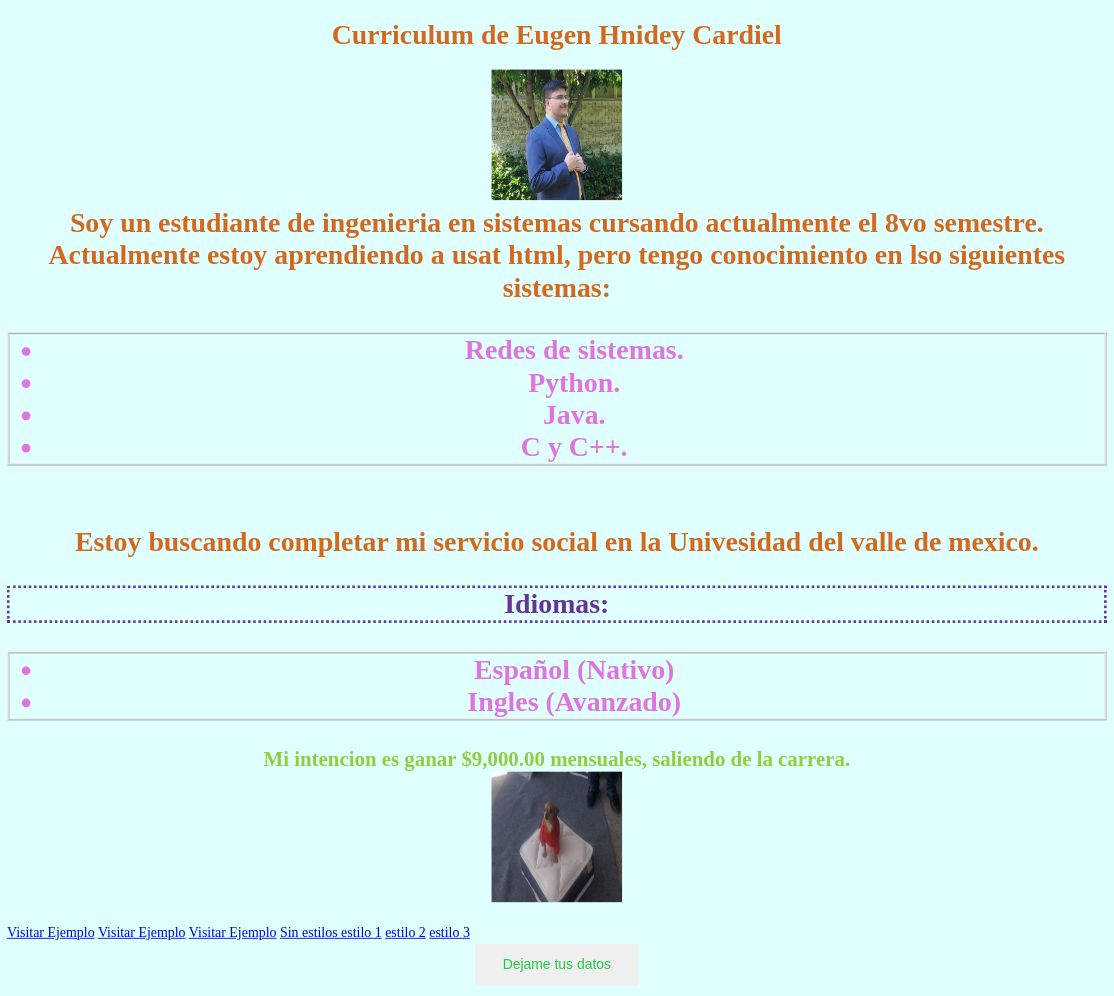
Repository: UVMCoyoacan/VEFY
Page: indexEugen.html
The author's editor kept a copy of each file at every save. The page is drawn from the files as they stood at one save, then again after the next save.
The browser window is 1280 px wide. The pictures show the whole page, at 87% of full size.

Above is the page before, as saved 2024-03-01 11:03:06.
Not found: xEugen.j

### indexEugen.html
<!DOCTYPE html>
<html>
    <head>
        <title> Curriculum Eugen Hnidey Cardiel </title>
        <link rel="stylesheet" href="estilo2.css"/>
        <meta charset="utf-8" />

    </head>
    <body>
        <h1 onclick="fondo()">
            Curriculum de Eugen Hnidey Cardiel
        </h1>
        <h1>
            <div><img src = "fotoEugen.png" alt = "fotoEugen" width = "150" height = "150"></div>
            Soy un estudiante de ingenieria en sistemas cursando actualmente el 8vo semestre.
            <br>
            Actualmente estoy aprendiendo a usat html, pero tengo conocimiento en lso siguientes sistemas:
            <br>
            <ul class="verde">
                <li>Redes de sistemas.</li>
                <li>Python.</li>
                <li>Java.</li>
                <li>C y C++.</li>
            </ul>
            <br>
            Estoy buscando completar mi servicio social en la Univesidad del valle de mexico.
            <p>
            Idiomas:
            </p>
            <ul>
                <li>Español (Nativo)</li>
                <li>Ingles (Avanzado)</li>
            </ul>
        </h1>
        <h2>
            <div id = "raro">Mi intencion es ganar $9,000.00 mensuales, saliendo de la carrera.</div>
            <div><img src = "perritoBonitoEugen.png" alt = "PerritoBonito" width = "150" height = "150"></div>
        </h2>
            <a href="file:///C:/Users/Fernando/Dropbox/PC/Documents/GitHub/VEFY/Pagina%20web%20presentacion%20Eugen/indexEugen.html">Visitar Ejemplo</a>
            <a href="file:///D:/Eugen/uvm/8%20semestre/Contruccion%20de%20servicios%20web/Pagina%20web%20presentacion/index.html">Visitar Ejemplo</a>
            <a href="file:///D:/Eugen/uvm/8%20semestre/Contruccion%20de%20servicios%20web/Pagina%20web%20presentacion/index.html">Visitar Ejemplo</a>
            <a onclick="noEstilos()" href="#" >Sin estilos </a>
            <a onclick="activarEstilos(0)" href="#">estilo 1</a>
            <a onclick="activarEstilos(1)" href="#">estilo 2</a>
            <a onclick="activarEstilos(2)" href="#">estilo 3 </a>
        <script src="xEugen.j">  </script>

            <div>
                <button>Dejame tus datos  </button>

               </div>
    </body>
</html>

### estilo2.css
h1{
    color: chocolate;
    text-align: center;
    border-style: mix;
}
p{
    text-align: center;
    color:rebeccapurple;
    border-style: dotted;
}

ol{
    text-align: center;
    color:rgb(0, 0, 0);
    border-style: groove;

}

ul{
    text-align: center;
    color: rgb(223, 115, 225);
    border-style: ridge;
}

h2{
    color: rgb(149, 204, 62) ;
    text-align: center;
    border-style: mix;
}

a{
    text-align: center;
}

body{
    background-color: rgb(224, 255, 255);
}

footer{
    color:beige;
    background-color: blueviolet;
}
button {
    border: none;
    color: rgb(32, 202, 69);
    padding: 15px 32px;
    text-align: center;
    text-decoration: none;
    display: inline-block;
    font-size: 16px;
    margin: 4px 2px;
    cursor: pointer;
  }
  div{
    text-align: center;
  }

After the next save:
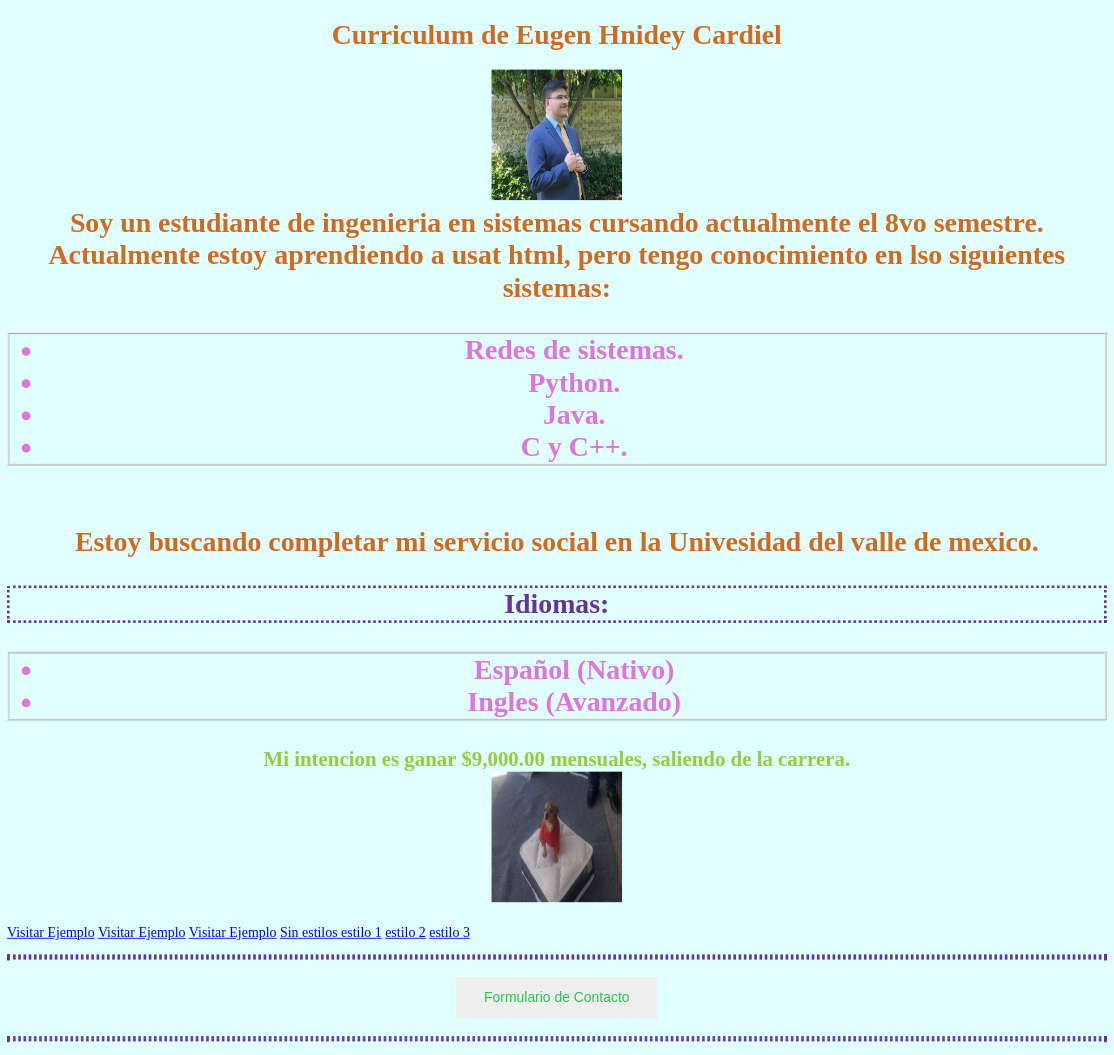
Saved 4 min 20 s later.
--- a/indexEugen.html
+++ b/indexEugen.html
@@ -45,9 +45,11 @@
             <a onclick="activarEstilos(2)" href="#">estilo 3 </a>
         <script src="xEugen.j">  </script>
 
+        <p>
             <div>
-                <button>Dejame tus datos  </button>
+                <button onclick="redirigirFormCV()"> Formulario de Contacto  </button>
 
                </div>
+           </p>
     </body>
 </html>
